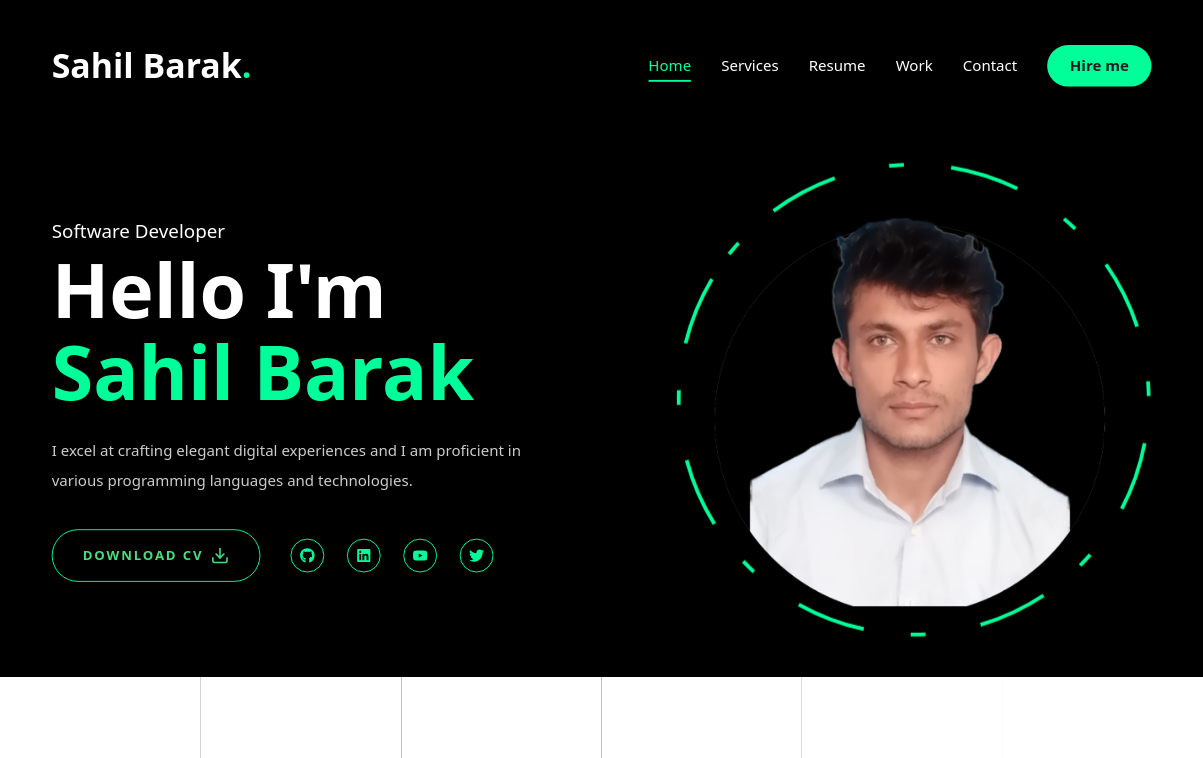
Repository: Moxsahil/My_portfolio
Page: / (app in sahil-portfolio/)
These files come from the project's save history. The page is drawn as it stood at one moment and after the next save; the edit follows.
The browser window is 1280 px wide. The pictures show the whole page, at 94% of full size.
The project was rebuilt for these pictures with package versions that can differ from the ones it lists, and the page was loaded fresh each time. The framework's server and built-in components were replaced by stand-ins that run in the browser. Also part of the build but not shown: sahil-portfolio/next.config.mjs.

Above is the page before, as saved 2024-10-03 19:16:00.

After the next save:
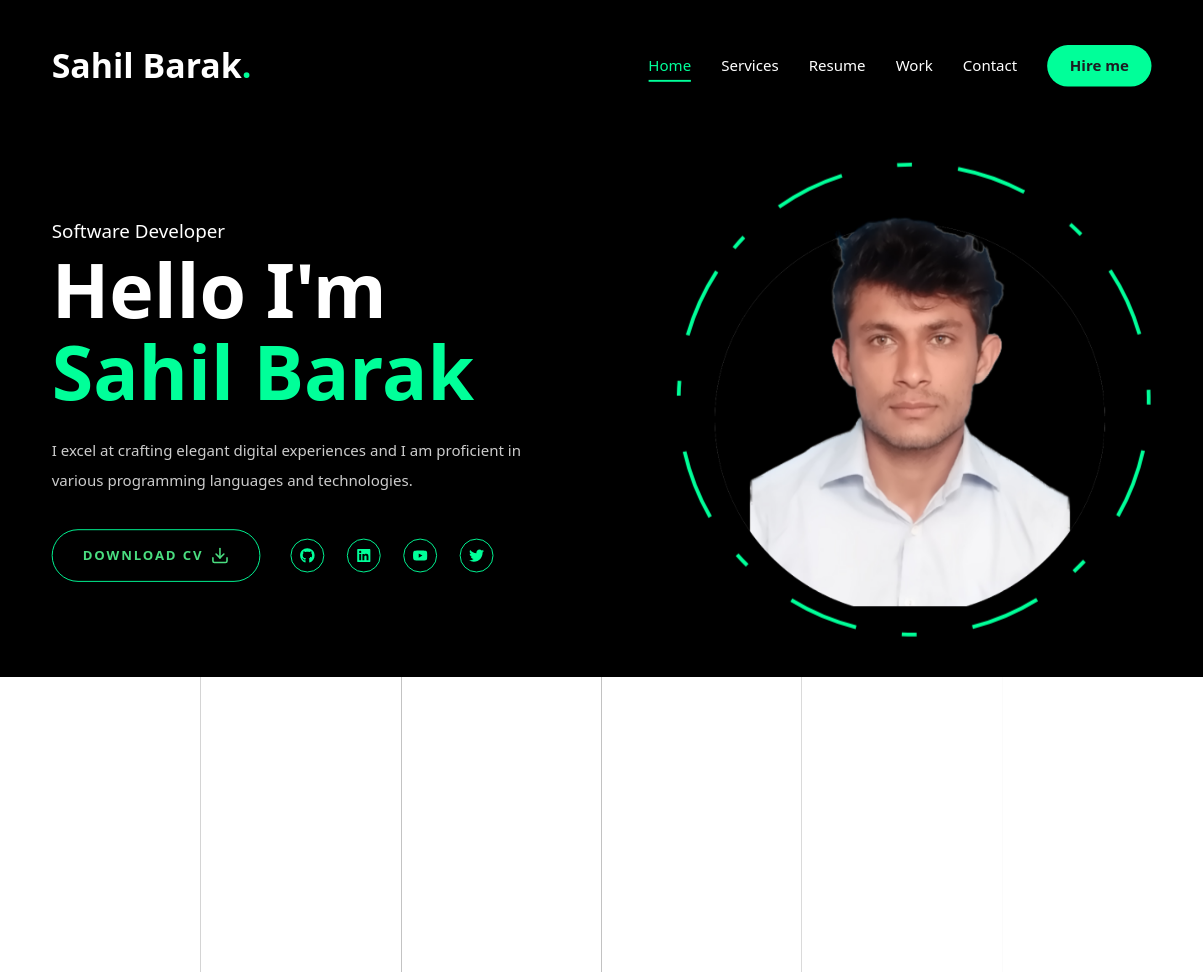
Saved 17 min 44 s later.
--- a/sahil-portfolio/components/Stats.jsx
+++ b/sahil-portfolio/components/Stats.jsx
@@ -1,7 +1,42 @@
+"use client";
+
+import CountUp  from "react-countup";
+
+const stats = [
+    {
+        num: 3,
+        title: "Years of Experience",
+    },
+    {
+        num: 4,
+        title: "Projects completed",
+    },
+    {
+        num: 8,
+        title: "Technologies mastered",
+    },
+    {
+        num: 201,
+        title: "Code commits",
+    },
+];
 
 const Stats = () => {
   return (
-    <div>Stats</div>
+    <section>
+        <div className="container mx-auto">
+            <div>
+                {stats.map((item, index) => {
+                    return (
+                        <div key={index}>
+                            <CountUp end={item.num} duration={5} delay={2} className="text-4xl xl:text-6xl font-extrabold"
+                            />
+                            </div>
+                    );
+                })}
+            </div>
+        </div>
+    </section>
   )
 }
 
